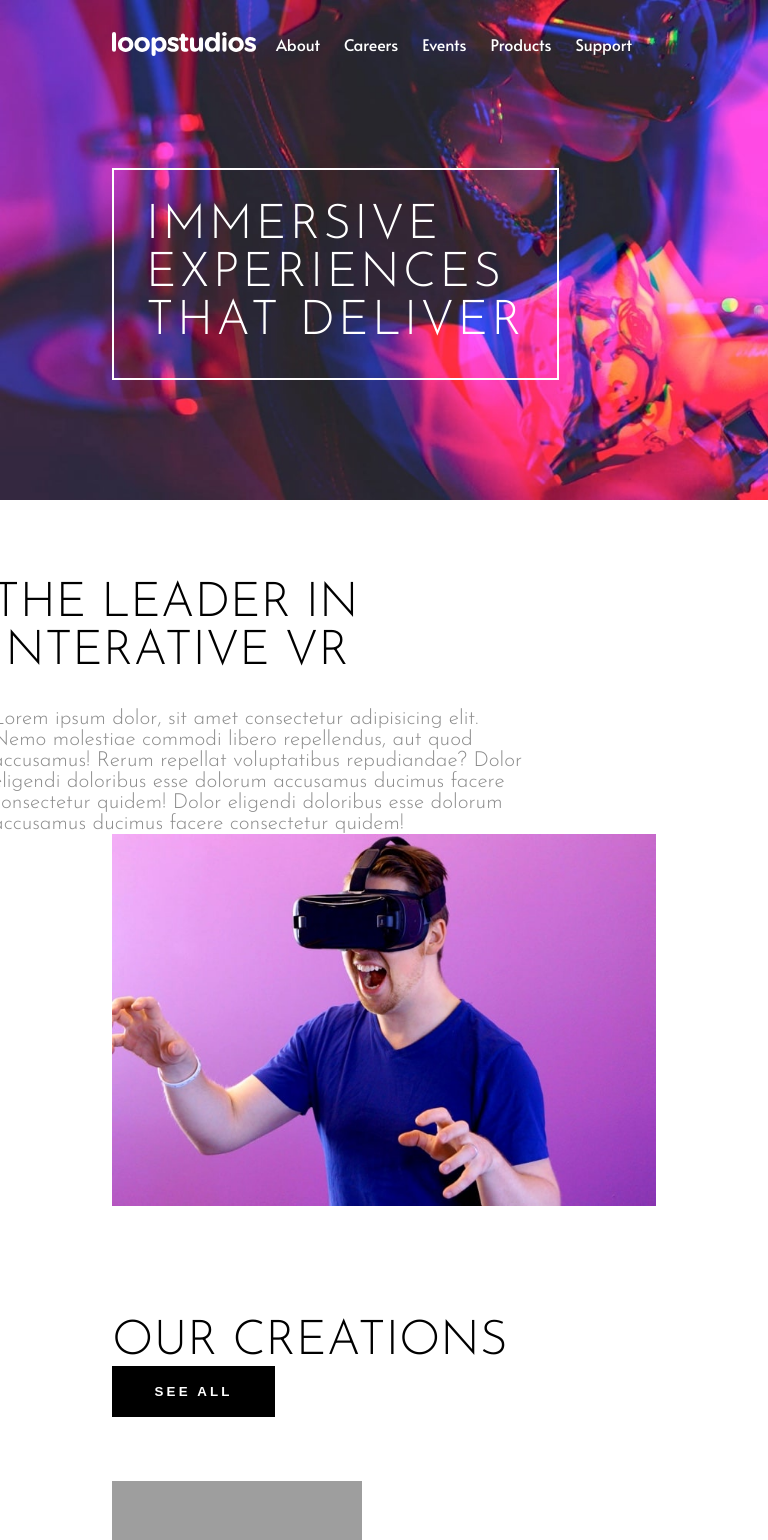
Repository: gligor99/loopstudios-fm
Page: /
An editor plug-in stored every save of this project. The page is shown before and after the next save, followed by the edit.
The browser window is 768 px wide. The pictures show the part of the page from y = 0 to 1540 px (the page is 6244 px tall).
Pictures or frames that could not be fetched are drawn as grey boxes. Backgrounds fixed to the window are drawn as part of the page. The project was rebuilt for these pictures with package versions that can differ from the ones it lists, and the page was loaded fresh each time.

Above is the page before, as saved 2021-11-28 22:24:55.

### src/index.css
@import url("https://fonts.googleapis.com/css2?family=Alata&family=Josefin+Sans:wght@300&display=swap");

:root {
  --clr-white: hsl(0, 0%, 100%);
  --clr-black: hsl(0, 0%, 0%);
  --clr-dark-gray: hsl(0, 0%, 55%);
  --clr-very-dark-gray: hsl(0, 0%, 41%);
}

*,
::after,
::before {
  margin: 0;
  padding: 0;
  box-sizing: border-box;
}

body {
  font-family: "Alata", sans-serif;
  background: var(--clr-light-grayish-cyan);
  color: var(--clr-grey-1);
  font-size: 1rem;
}

### src/App.jsx
import About from "./components/About/About";
import Creations from "./components/Creations/Creations";
import Footer from "./components/Footer/Footer";
import Hero from "./components/Hero/Hero";
// import Navbar from "./components/Navbar/Navbar";


function App() {
  return (
    <div className="App">
      {/* <Navbar /> */}
      <Hero />
      <About />
      <Creations />
      <Footer />
    </div>
  );
}

export default App;

### src/components/About/About.jsx
import "./about.css";
import image from "../../assets/desktop/image-interactive.jpg";

const About = () => {
  return (
    <div className="about-container">
      <img className="image-interactive" src={image} alt="interactive.jpg" />
      <div className="about-content">
        <h1 className="about-title">The leader in <br />interative VR</h1>
        <p className="about-p">
          Lorem ipsum dolor, sit amet consectetur adipisicing elit. Nemo
          molestiae commodi libero repellendus, aut quod accusamus! Rerum
          repellat voluptatibus repudiandae? Dolor eligendi doloribus esse
          dolorum accusamus ducimus facere consectetur quidem! Dolor eligendi doloribus esse
          dolorum accusamus ducimus facere consectetur quidem!
        </p>
      </div>
    </div>
  );
};

export default About;

### src/components/Creations/Creations.jsx
import './creations.css'
import data from '../../data'
import Card from '../Card/Card';

const Creations = () => {
  return <div className="creation-container">
      <div className="creation-header">
          <h1 className="creation-title">
              Our Creations
          </h1>
          <button className="creation-btn">
              See All
          </button>
      </div>
      <div className="creation-cards">
          {data.map((item) => {
              return <Card key={item.id} item={item} />
          })}
      </div>
  </div>;
};

export default Creations;

### src/components/Footer/Footer.jsx
import "./footer.css";
import logo from "../../assets/logo.svg";
import fb from "../../assets/icon-facebook.svg";
import instagram from "../../assets/icon-instagram.svg";
import pinterest from "../../assets/icon-pinterest.svg";
import twittter from "../../assets/icon-twitter.svg";

const Footer = () => {
  return (
    <div className="footer-container">
      <div className="left-content">
        <img className="logo" src={logo} alt="footerLogo.svg" />
        <ul className="links">
          <li>
            <a href="/about">About</a>
          </li>
          <li>
            <a href="/careers">Careers</a>
          </li>
          <li>
            <a href="/events">Events</a>
          </li>
          <li>
            <a href="/products">Products</a>
          </li>
          <li>
            <a href="/support">Support</a>
          </li>
        </ul>
      </div>
      <div className="right-content">
        <div className="social">
          <img className='social-icon' src={fb} alt="fbIcon.svg" />
          <img className='social-icon' src={instagram} alt="instaIcon.svg" />
          <img className='social-icon'  src={pinterest} alt="pinterestIcon.svg" />
          <img className='social-icon' src={twittter} alt="twitterIcon.svg" />
        </div>
        <p className="copy">
          &copy;
          {`  ${new Date().getFullYear()} Loopstudios | All Rights Reserved`}
        </p>
      </div>
    </div>
  );
};

export default Footer;

### src/components/Hero/Hero.jsx
import React from "react";
import Navbar from "../Navbar/Navbar";
import "./hero.css";

const Hero = () => {
  return (
      <div className="container">
        <Navbar />
        <div className="container-content">
          <h1 className="title">
            Immersive <br /> experiences <br />
            that deliver
          </h1>
        </div>
      </div>
  );
};

export default Hero;

### src/components/About/about.css
.about-container {
  display: flex;
  justify-content: center;
  align-items: flex-end;
  margin: auto;
  padding: 7rem;
}

.image-interactive {
  height: 80%;
  z-index: -1;
}
.about-content {
  background-color: var(--clr-white);
  z-index: 1;
  height: 80%;
  padding: 4rem;
  margin-left: -10rem;
}

.about-title {
  font-family: "Josefin Sans", sans-serif;
  font-weight: 100;
  font-size: 3rem;
  text-transform: uppercase;
}

.about-p {
  color: var(--clr-dark-gray);
  font-family: "Josefin Sans", sans-serif;
  font-size: 1.3rem;
  padding-top: 2rem;
}

@media only screen and (max-width: 1300px) {
  .about-content {
    padding: 1rem;
    margin-left: -10rem;
  }
}
@media only screen and (max-width: 1210px) {
  .about-content {
    padding: 1rem;
    margin-left: -10rem;
  }
}
@media only screen and (max-width: 1110px) {
  .about-content {
    padding: 1rem;
    margin-left: -15rem;
  }
}
@media only screen and (max-width: 850px) {
  .about-container {
    flex-direction: column;
    align-items: center;
  }
  .image-interactive {
    width: 100%;
    order: 2;
  }
  .about-content{
    margin-top: -2rem;
    width: 100%;
    padding: 0;
  }
}

### src/components/Creations/creations.css
.creation-header {
  display: flex;
  flex-direction: row;
  justify-content: space-between;
  padding-left: 7rem;
  padding-right: 7rem;
  padding-bottom: 2rem;
}

.creation-title {
  font-family: "Josefin Sans", sans-serif;
  font-size: 3rem;
  text-transform: uppercase;
  font-weight: 100;
}

.creation-btn {
  border: none;
  background-color: var(--clr-black);
  border: 2px solid black;
  color: var(--clr-white);
  text-transform: uppercase;
  padding: 0 3rem 0 3rem;
  cursor: pointer;
  font-weight: 700;
  letter-spacing: 0.2rem;
  transition: 0.2s ease-in;
}
.creation-btn:hover {
  background-color: var(--clr-white);
  color: var(--clr-black);
  border: 2px solid black;
}

.creation-cards {
  padding: 0 5rem 0 5rem;
  display: flex;
  justify-content: space-between;
  flex-wrap: wrap;
  width: 100%;
}

@media only screen and (max-width: 840px) {
  .creation-header{
    flex-direction: column;
    justify-content: center;
  }
  .creation-btn {
    padding: 1rem;
    width: 30%;
  }
}

### src/data.js
const data = [
  {
    id: 1,
    title: "Deep Earth",
    img: "https://i.ibb.co/mtd0XJx/image-deep-earth.jpg",
  },
  {
    id: 2,
    title: "Night  Arcade",
    img: "https://i.ibb.co/5Wcqskt/image-night-arcade.jpg",
  },
  {
    id: 3,
    title: "Soccer Team VR",
    img: "https://i.ibb.co/fFDbQDR/image-soccer-team.jpg",
  },
  {
    id: 4,
    title: "The Grid",
    img: "https://i.ibb.co/r59dNbs/image-grid.jpg",
  },
  {
    id: 5,
    title: "From up Above VR",
    img: "https://i.ibb.co/PYK37pW/image-from-above.jpg",
  },
  {
    id: 6,
    title: "Pocket Borealis",
    img: "https://i.ibb.co/9hsnGFt/image-pocket-borealis.jpg",
  },
  {
    id: 7,
    title: "The curiosity",
    img: "https://i.ibb.co/fQZHkXQ/image-curiosity.jpg",
  },
  {
    id: 8,
    title: "Make it fisheye",
    img: "https://i.ibb.co/D506TGt/image-fisheye.jpg",
  },
];

export default data;

### src/components/Card/Card.jsx
import "./card.css";

const Card = ({ item }) => {
  return (
    <div
      className="card-container"
      style={{
        backgroundImage: `url(${item.img})`,
        backgroundRepeat: "no-repeat",
        height: "500px",
        width: '250px'
      }}
    >
      <h4 className="card-title">{item.title}</h4>
    </div>
  );
};

export default Card;

### src/components/Footer/footer.css
.footer-container {
  background-color: var(--clr-black);
  padding: 3rem 7rem 3rem 7rem;
  display: flex;
  justify-content: space-between;
  align-items: center;
}
.copy {
  color: var(--clr-dark-gray);
  font-family: "Josefin Sans", sans-serif;
  font-size: 1.1rem;
  font-weight: 700;
}

.links {
  padding-top: 2rem;
}

.right-content {
  display: flex;
  flex-direction: column;
  justify-content: flex-end;
}

.social {
  padding-bottom: 2rem;
  text-decoration: none;
  display: flex;
  justify-content: flex-end;
}
.social-icon {
  padding-left: 2rem;
}

@media only screen and (max-width: 850px) {
  .footer-container {
    flex-direction: column;
    justify-content: center;
  }

  .social {
    padding-top: 2rem;
    justify-content: center;
  }
  .copy{
    text-align: center;
  }
}

### src/components/Navbar/Navbar.jsx
import logo from "../../assets/logo.svg";
import "./navbar.css";

const Navbar = () => {
  return (
    <div className="wrapper">
      <img src={logo} alt="logo.svg" />
      <ul>
        <li>
          <a href="/about">About</a>
        </li>
        <li>
          <a href="/careers">Careers</a>
        </li>
        <li>
          <a href="/events">Events</a>
        </li>
        <li>
          <a href="/products">Products</a>
        </li>
        <li>
          <a href="/support">Support</a>
        </li>
      </ul>
    </div>
  );
};

export default Navbar;

### src/components/Hero/hero.css
.container {
  background: url("../../assets/desktop/image-hero.jpg");
  background-repeat: no-repeat;
  background-attachment: fixed;
  background-size: cover;
  height: 500px;
}
.container-content {
  display: flex;
  margin-top: 5rem;
  margin-left: 7rem;
}

.title {
  border: 2px solid var(--clr-white);
  padding: 2rem;
  text-transform: uppercase;
  font-family: "Josefin Sans", sans-serif;
  font-size: 3rem;
  font-weight: 100;
  letter-spacing: 0.2rem;
  color: white;
}

### src/components/Card/card.css
.card-container {
  position: relative;
  margin: 2rem;
  transition: 0.2s ease-in;
  cursor: pointer;
}

.card-container:hover {
  opacity: 50%;
  color: var(--clr-black);
}

.card-title {
  position: absolute;
  bottom: 3rem;
  text-transform: uppercase;
  font-family: "Josefin Sans", sans-serif;
  font-weight: 100;
  font-size: 2rem;
  color: var(--clr-white);
  padding: 2rem;
  width: 100%;
}

### src/components/Navbar/navbar.css
.wrapper {
  display: flex;
  flex-direction: row;
  justify-content: space-between;
  align-items: center;
  margin: auto;
  padding: 2rem 7rem 2rem 7rem;
  background-color: transparent;
}
img {
  height: 1.5rem;
}
ul {
  display: flex;
  flex-wrap: nowrap;
  justify-content: space-evenly;
}
li {
  list-style-type: none;
  padding-right: 1.5rem;
}
a {
  position: relative;
  display: inline-block;
  text-decoration: none;
  color: var(--clr-white);
}
a:after {
  content: "";
  position: absolute;
  left: 0;
  top: 100%;
  width: 0;
  height: 1.8px;
  background-color: var(--clr-white);
  transition: width 0.2s ease-in-out;
}
a:hover:after {
  width: 100%;
}

Loaded but not shown: public/index.html (common file); src/index.jsx (common file)

After the next save:
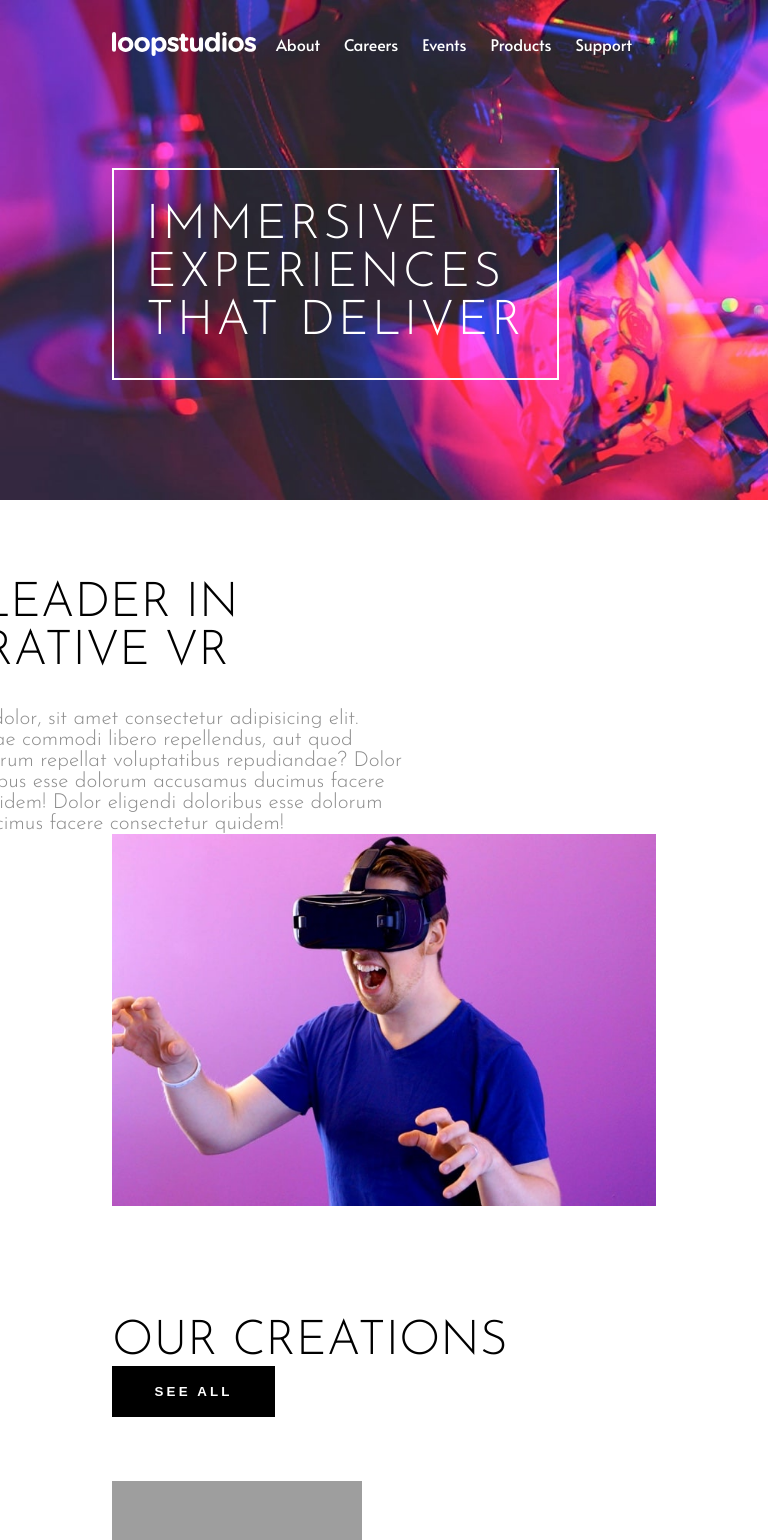
Saved 5 s later.
--- a/src/components/About/about.css
+++ b/src/components/About/about.css
@@ -53,7 +53,7 @@
 @media only screen and (max-width: 850px) {
   .about-container {
     flex-direction: column;
-    align-items: center;
+    align-items: flex-start;
   }
   .image-interactive {
     width: 100%;

After the save that followed:
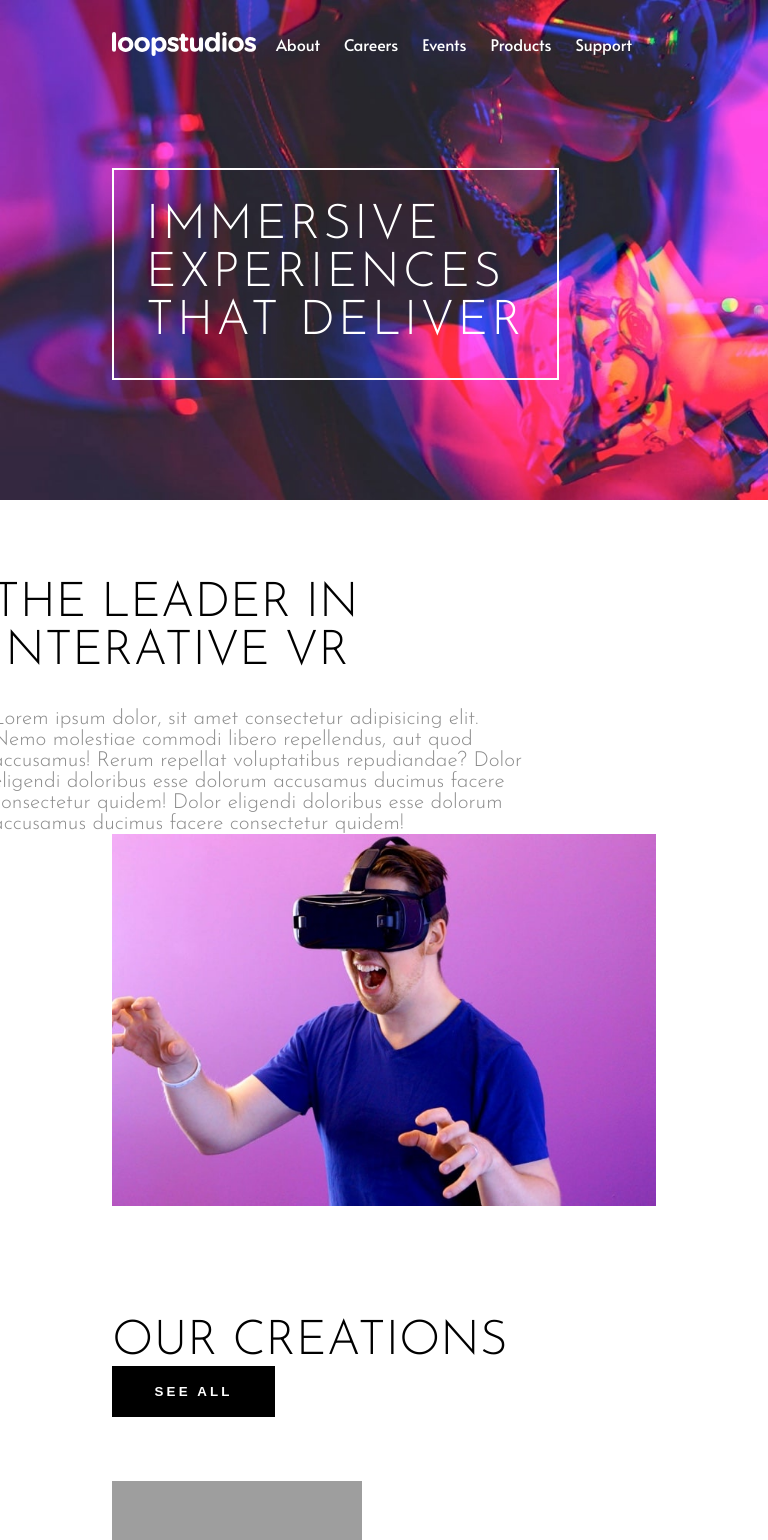
Saved 4 s later.
--- a/src/components/About/about.css
+++ b/src/components/About/about.css
@@ -53,7 +53,7 @@
 @media only screen and (max-width: 850px) {
   .about-container {
     flex-direction: column;
-    align-items: flex-start;
+    align-items: center;
   }
   .image-interactive {
     width: 100%;
